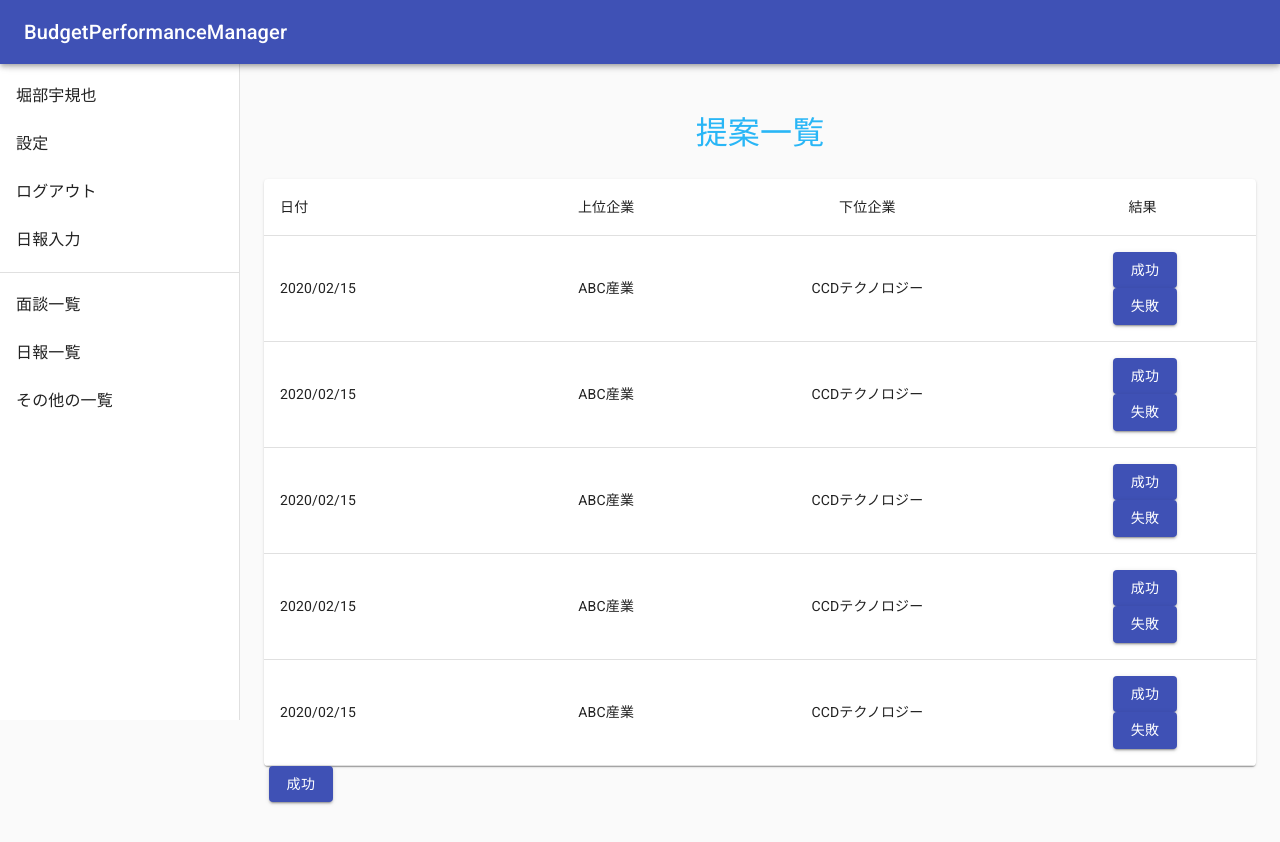
Repository: ukiyah/test
Page: / (app in src/)
An editor plug-in stored every save of this project. The page is shown before and after the next save, followed by the edit.
The browser window is 1280 px wide. The pictures show the whole page.
The project was rebuilt for these pictures with package versions that can differ from the ones it lists, and the page was loaded fresh each time. Also part of the build but not shown: src/material-dashboard-react.js, src/Navbars/ref_AdminNavbarLinks/customInputStyle.js, src/Navbars/ref_AdminNavbarLinks/CustomInput.js, src/Navbars/ref_AdminNavbarLinks/buttonStyle.js, src/Navbars/ref_AdminNavbarLinks/Button.js, src/Navbars/ref_AdminNavbarLinks/dropdownStyle.js, src/Navbars/ref_AdminNavbarLinks/headerLinksStyle.js, src/Navbars/AdminNavbarLinks.js and 4 more.

Above is the page before, as saved 2020-02-20 19:40:25.

### src/index.css
body {
  margin: 0;
  font-family: -apple-system, BlinkMacSystemFont, 'Segoe UI', 'Roboto', 'Oxygen',
    'Ubuntu', 'Cantarell', 'Fira Sans', 'Droid Sans', 'Helvetica Neue',
    sans-serif;
  -webkit-font-smoothing: antialiased;
  -moz-osx-font-smoothing: grayscale;
}

code {
  font-family: source-code-pro, Menlo, Monaco, Consolas, 'Courier New',
    monospace;
}

.button {
  color: #000;
}

h1 {
  text-align: center;
  color:#29B6F6;
  font-weight: normal;
}

### src/App.js


// export default App;
import React from 'react';

import 'typeface-roboto';
import Sidebar from './Sidebar/Sidebar';
// import SimpleTable from "./Table";
import ClippedDrawer from "./Drawer";
class App extends React.Component{
  render() {
    return (
      <div>



        <ClippedDrawer />
      </div>

    );
  }

}

export default App;

### src/Drawer.js
import React from 'react';
import { makeStyles } from '@material-ui/core/styles';
import Drawer from '@material-ui/core/Drawer';
import AppBar from '@material-ui/core/AppBar';
import CssBaseline from '@material-ui/core/CssBaseline';
import Toolbar from '@material-ui/core/Toolbar';
import List from '@material-ui/core/List';
import Typography from '@material-ui/core/Typography';
import Divider from '@material-ui/core/Divider';
import ListItem from '@material-ui/core/ListItem';
import ListItemIcon from '@material-ui/core/ListItemIcon';
import ListItemText from '@material-ui/core/ListItemText';
import InboxIcon from '@material-ui/icons/MoveToInbox';
import MailIcon from '@material-ui/icons/Mail';
import SimpleTable from "./Table";
import ContainedButtons from "./Button";
const drawerWidth = 240;

const useStyles = makeStyles(theme => ({
  root: {
    display: 'flex',
  },
  appBar: {
    zIndex: theme.zIndex.drawer + 1,
  },
  drawer: {
    width: drawerWidth,
    flexShrink: 0,
  },
  drawerPaper: {
    width: drawerWidth,
  },
  content: {
    flexGrow: 1,
    padding: theme.spacing(3),
  },
  toolbar: theme.mixins.toolbar,
}));

export default function ClippedDrawer() {
  const classes = useStyles();

  return (
    <div className={classes.root}>
      <CssBaseline />
      <AppBar position="fixed" className={classes.appBar}>
        <Toolbar>
          <Typography variant="h6" noWrap>
            BudgetPerformanceManager
          </Typography>
        </Toolbar>
      </AppBar>
      <Drawer
        className={classes.drawer}
        variant="permanent"
        classes={{
          paper: classes.drawerPaper,
        }}
      >
        <div className={classes.toolbar} />
        <List>
          {['堀部宇規也', '設定', 'ログアウト', '日報入力'].map((text, index) => (
            <ListItem button key={text}>
              {/* <ListItemIcon>{index % 2 === 0 ? <InboxIcon /> : <MailIcon />}</ListItemIcon> */}
              <ListItemText primary={text}  />
            </ListItem>
          ))}
        </List>
        <Divider />
        <List>
          {['面談一覧', '日報一覧', 'その他の一覧'].map((text, index) => (
            <ListItem button key={text}>
              {/* <ListItemIcon>{index % 2 === 0 ? <InboxIcon /> : <MailIcon />}</ListItemIcon> */}
              <ListItemText primary={text} />
            </ListItem>
          ))}
        </List>
      </Drawer>
      <main className={classes.content}>
        <div className={classes.toolbar} />
        <Typography paragraph>
            <h1>提案一覧</h1>
            <SimpleTable />
            <ContainedButtons name="成功"/>
        </Typography>
        <Typography paragraph>

        </Typography>
      </main>
    </div>
  );
}

### src/Table.js
import React from 'react';
import { makeStyles } from '@material-ui/core/styles';
import Table from '@material-ui/core/Table';
import TableBody from '@material-ui/core/TableBody';
import TableCell from '@material-ui/core/TableCell';
import TableContainer from '@material-ui/core/TableContainer';
import TableHead from '@material-ui/core/TableHead';
import TableRow from '@material-ui/core/TableRow';
import Paper from '@material-ui/core/Paper';
import ContainedButtons from "./Button";

const useStyles = makeStyles({
  table: {
    minWidth: 650,
  },
});

function createData(name, calories, fat) {
  return { name, calories, fat};
}

const rows = [
  createData('2020/02/15', 'ABC産業', 'CCDテクノロジー'),
  createData('2020/02/15', 'ABC産業', 'CCDテクノロジー'),
  createData('2020/02/15', 'ABC産業', 'CCDテクノロジー'),
  createData('2020/02/15', 'ABC産業', 'CCDテクノロジー'),
  createData('2020/02/15', 'ABC産業', 'CCDテクノロジー'),
];

export default function SimpleTable() {
  const classes = useStyles();

  return (
    <TableContainer component={Paper}>
      <Table className={classes.table} aria-label="simple table">
        <TableHead>
          <TableRow>
            <TableCell>日付</TableCell>
            <TableCell align="center">上位企業</TableCell>
            <TableCell align="center">下位企業</TableCell>
            <TableCell align="center">結果</TableCell>
          </TableRow>
        </TableHead>
        <TableBody>
          {rows.map(row => (
            <TableRow key={row.name}>
              <TableCell component="th" scope="row">
                {row.name}
              </TableCell>
              <TableCell align="center">{row.calories}</TableCell>
              <TableCell align="center">{row.fat}</TableCell>

              <TableCell align="center"><ContainedButtons name="成功"/><ContainedButtons name="失敗"/></TableCell>
            </TableRow>
          ))}
        </TableBody>
      </Table>
    </TableContainer>
  );
}

### src/Button.js
import React from 'react';
import { makeStyles } from '@material-ui/core/styles';
import Button from '@material-ui/core/Button';

const useStyles = makeStyles(theme => ({
  root: {
    '& > *': {
      marginLeft: 5 ,

    },
  },
}));

export default function ContainedButtons(props) {
  const classes = useStyles();

  return (
    <div className={classes.root}>
      {/* <Button variant="contained">Default</Button>
      <Button variant="contained" color="primary">
        Primary
      </Button>
      <Button variant="contained" color="secondary">
        Secondary
      </Button>
      <Button variant="contained" disabled>
        Disabled
      </Button> */}
      <Button variant="contained" color="primary" href="#contained-buttons">
        {props.name}
      </Button>
    </div>
  );
}

Loaded but not shown: src/index.js (common file); src/serviceWorker.js (common file)

After the next save:
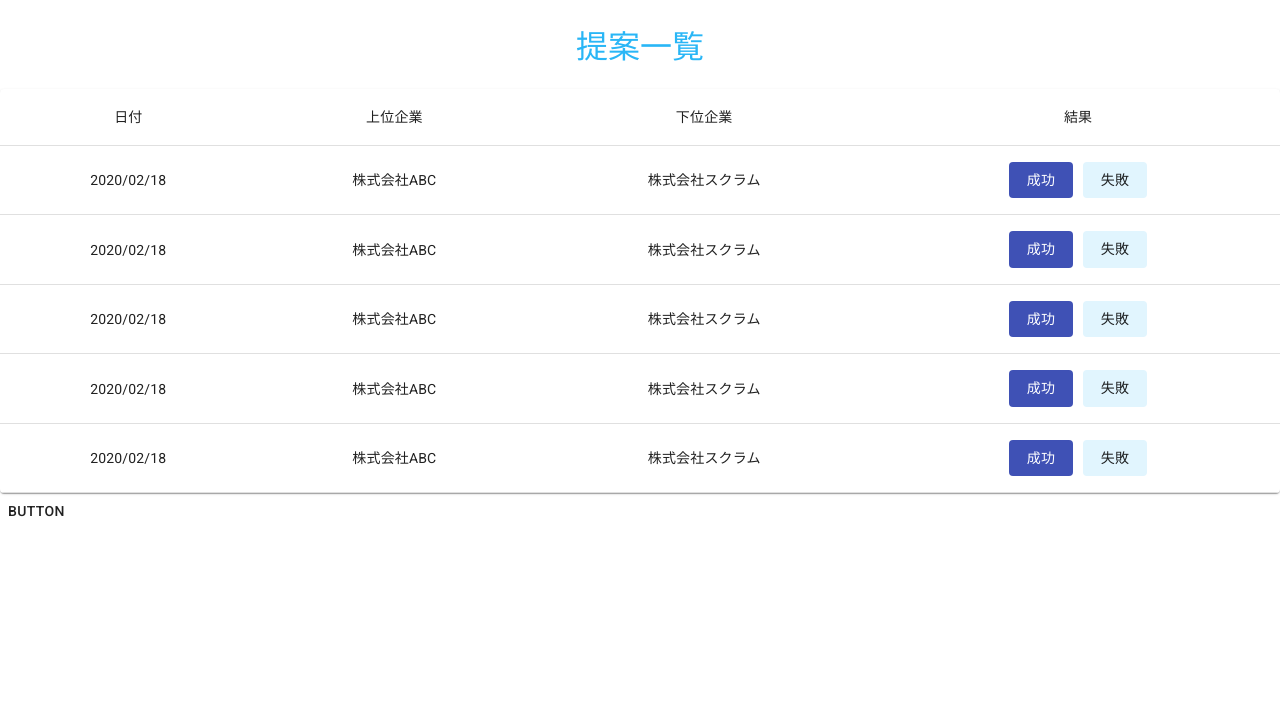
Saved 3 min 6 s later.
--- a/src/App.js
+++ b/src/App.js
@@ -2,24 +2,75 @@
 
 // export default App;
 import React from 'react';
-
+import { makeStyles } from '@material-ui/core/styles';
+import Table from '@material-ui/core/Table';
+import TableBody from '@material-ui/core/TableBody';
+import TableCell from '@material-ui/core/TableCell';
+import TableContainer from '@material-ui/core/TableContainer';
+import TableHead from '@material-ui/core/TableHead';
+import TableRow from '@material-ui/core/TableRow';
+import Paper from '@material-ui/core/Paper';
+import ReactDOM from 'react-dom';
+import Button from '@material-ui/core/Button';
 import 'typeface-roboto';
 import Sidebar from './Sidebar/Sidebar';
-// import SimpleTable from "./Table";
-import ClippedDrawer from "./Drawer";
-class App extends React.Component{
-  render() {
-    return (
-      <div>
+const useStyles = makeStyles({
+  table: {
+    minWidth: 650,
+  },
+});
 
-
-
-        <ClippedDrawer />
-      </div>
-
-    );
-  }
-
+function createData(name, calories, fat, carbs, protein) {
+  return { name, calories, fat, carbs, protein };
 }
 
-export default App;
+const rows = [
+  createData('Frozen yoghurt', 159, 6.0, 24, 4.0),
+  createData('Ice cream sandwich', 237, 9.0, 37, 4.3),
+  createData('Eclair', 262, 16.0, 24, 6.0),
+  createData('Cupcake', 305, 3.7, 67, 4.3),
+  createData('Gingerbread', 356, 16.0, 49, 3.9),
+];
+
+export default function SimpleTable() {
+  const classes = useStyles();
+  const btnstyle = {
+    backgroundColor: "#E1F5FE",
+    marginLeft: 10
+  };
+  return (
+    <div>
+
+      <h1>提案一覧</h1>
+      <TableContainer component={Paper}>
+        <Table className={classes.table} aria-label="simple table">
+          <TableHead>
+            <TableRow>
+              <TableCell align="center">日付</TableCell>
+              <TableCell align="center">上位企業</TableCell>
+              <TableCell align="center">下位企業</TableCell>
+              <TableCell align="center">結果</TableCell>
+            </TableRow>
+          </TableHead>
+          <TableBody>
+            {rows.map(row => (
+              <TableRow key={row.name}>
+                <TableCell align="center">2020/02/18</TableCell>
+                <TableCell align="center">株式会社ABC</TableCell>
+                <TableCell align="center">株式会社スクラム</TableCell>
+                <TableCell align="center">
+                  <Button className="button" variant="contained" color="primary" variant="contained" color="primary" disableElevation>成功</Button>
+                  <Button style={btnstyle} >失敗</Button>
+                </TableCell>
+              </TableRow>
+            ))}
+          </TableBody>
+        </Table>
+      </TableContainer>
+      <Button onClick={() => {
+        console.log("hello happy people");
+      }}>Button</Button>
+    </div>
+
+  );
+}

After the save that followed:
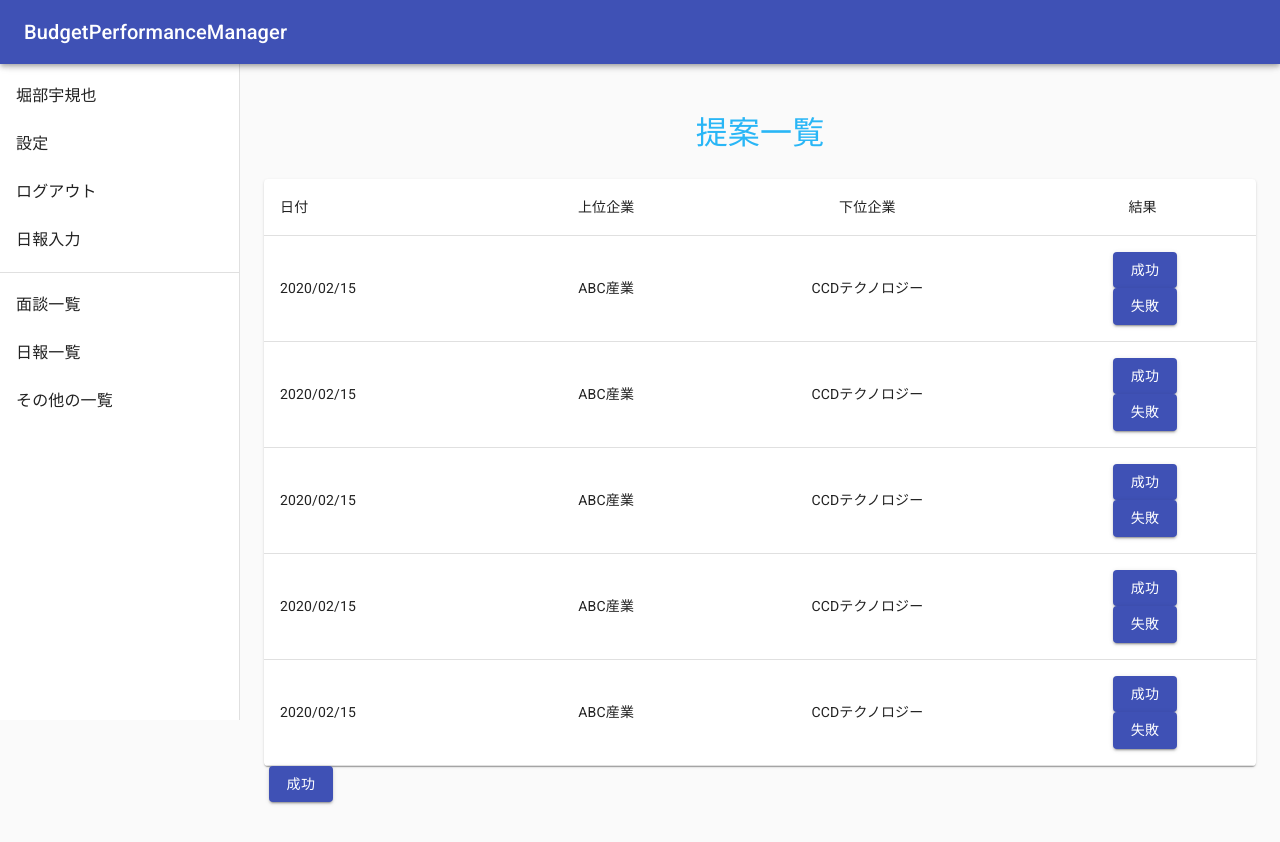
Saved 30 s later.
--- a/src/App.js
+++ b/src/App.js
@@ -2,75 +2,24 @@
 
 // export default App;
 import React from 'react';
-import { makeStyles } from '@material-ui/core/styles';
-import Table from '@material-ui/core/Table';
-import TableBody from '@material-ui/core/TableBody';
-import TableCell from '@material-ui/core/TableCell';
-import TableContainer from '@material-ui/core/TableContainer';
-import TableHead from '@material-ui/core/TableHead';
-import TableRow from '@material-ui/core/TableRow';
-import Paper from '@material-ui/core/Paper';
-import ReactDOM from 'react-dom';
-import Button from '@material-ui/core/Button';
+
 import 'typeface-roboto';
 import Sidebar from './Sidebar/Sidebar';
-const useStyles = makeStyles({
-  table: {
-    minWidth: 650,
-  },
-});
+// import SimpleTable from "./Table";
+import ClippedDrawer from "./Drawer";
+class App extends React.Component{
+  render() {
+    return (
+      <div>
 
-function createData(name, calories, fat, carbs, protein) {
-  return { name, calories, fat, carbs, protein };
+
+
+        <ClippedDrawer />
+      </div>
+
+    );
+  }
+
 }
 
-const rows = [
-  createData('Frozen yoghurt', 159, 6.0, 24, 4.0),
-  createData('Ice cream sandwich', 237, 9.0, 37, 4.3),
-  createData('Eclair', 262, 16.0, 24, 6.0),
-  createData('Cupcake', 305, 3.7, 67, 4.3),
-  createData('Gingerbread', 356, 16.0, 49, 3.9),
-];
-
-export default function SimpleTable() {
-  const classes = useStyles();
-  const btnstyle = {
-    backgroundColor: "#E1F5FE",
-    marginLeft: 10
-  };
-  return (
-    <div>
-
-      <h1>提案一覧</h1>
-      <TableContainer component={Paper}>
-        <Table className={classes.table} aria-label="simple table">
-          <TableHead>
-            <TableRow>
-              <TableCell align="center">日付</TableCell>
-              <TableCell align="center">上位企業</TableCell>
-              <TableCell align="center">下位企業</TableCell>
-              <TableCell align="center">結果</TableCell>
-            </TableRow>
-          </TableHead>
-          <TableBody>
-            {rows.map(row => (
-              <TableRow key={row.name}>
-                <TableCell align="center">2020/02/18</TableCell>
-                <TableCell align="center">株式会社ABC</TableCell>
-                <TableCell align="center">株式会社スクラム</TableCell>
-                <TableCell align="center">
-                  <Button className="button" variant="contained" color="primary" variant="contained" color="primary" disableElevation>成功</Button>
-                  <Button style={btnstyle} >失敗</Button>
-                </TableCell>
-              </TableRow>
-            ))}
-          </TableBody>
-        </Table>
-      </TableContainer>
-      <Button onClick={() => {
-        console.log("hello happy people");
-      }}>Button</Button>
-    </div>
-
-  );
-}
+export default App;
